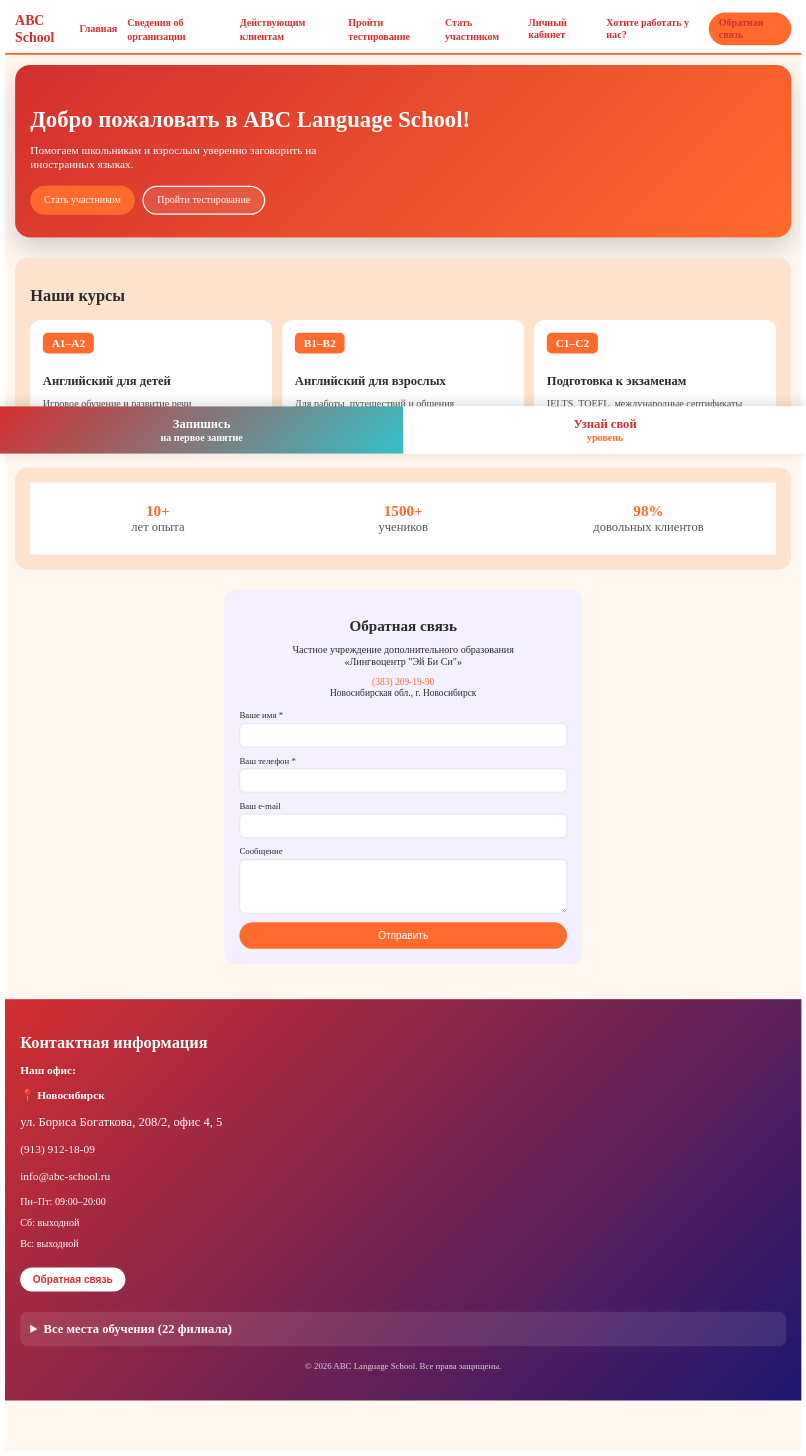
Repository: vidergooold/abc-language-school
Page: / (app in frontend/)
An editor plug-in stored every save of this project. The page is shown before and after the next save, followed by the edit.
The browser window is 1280 px wide. The pictures show the whole page, at 63% of full size.
The project was rebuilt for these pictures with package versions that can differ from the ones it lists, and the page was loaded fresh each time. Also part of the build but not shown: frontend/vite.config.ts, frontend/src/components/courses/CoursesFilter.vue, frontend/src/components/courses/CourseCard.vue, frontend/src/components/courses/CoursesGrid.vue, frontend/src/pages/Courses.vue, frontend/src/pages/Login.vue, frontend/src/pages/Register.vue, frontend/src/pages/Enroll.vue and 22 more.

Above is the page before, as saved 2026-01-11 21:40:37.

### frontend/src/main.ts
import { createApp } from 'vue'
import App from './App.vue'
import router from './router'
import './styles/theme.css'

import { createPinia } from 'pinia'

const pinia = createPinia()

createApp(App)
  .use(router)
  .use(pinia)
  .mount('#app')

### frontend/src/App.vue
<template>
  <div class="app">
    <Header />
    <main class="app-main">
      <router-view />
    </main>
    <Footer />
    <ScrollToTop />
    <FloatingCTA />
  </div>
</template>

<script setup lang="ts">
import Header from './components/layout/Header.vue'
import Footer from './components/layout/Footer.vue'
import ScrollToTop from './components/ui/ScrollToTop.vue'
import FloatingCTA from './components/ui/FloatingCTA.vue'
</script>

<style scoped>
.app {
  min-height: 100vh;
  display: flex;
  flex-direction: column;
  background: var(--bg-main);
  color: var(--text-main);
  font-size: var(--font-size-base);
  padding-bottom: 80px;
}

.app-main {
  flex: 1;
  padding: 16px;
}
</style>

### frontend/src/router/index.ts
import { createRouter, createWebHistory } from 'vue-router'

import Home from '@/pages/Home.vue'
import Courses from '@/pages/Courses.vue'
import Login from '@/pages/Login.vue'
import Register from '@/pages/Register.vue'
import Enroll from '@/pages/Enroll.vue'
import Testing from '@/pages/Testing.vue'
import Jobs from '@/pages/Jobs.vue'

// Organization layout и подстраницы
import OrganizationLayout from '@/components/layout/OrganizationLayout.vue'
import OrgMain from '@/pages/organization/Main.vue'
import OrgStructure from '@/pages/organization/Structure.vue'
import OrgDocs from '@/pages/organization/Docs.vue'
import OrgEducation from '@/pages/organization/Education.vue'
import OrgManagement from '@/pages/organization/Management.vue'
import OrgStaff from '@/pages/organization/Staff.vue'
import OrgFacilities from '@/pages/organization/Facilities.vue'
import OrgServices from '@/pages/organization/Services.vue'
import OrgFinance from '@/pages/organization/Finance.vue'
import OrgVacancies from '@/pages/organization/Vacancies.vue'
import OrgInternational from '@/pages/organization/International.vue'

// Clients layout и подстраницы
import ClientsLayout from '@/components/layout/ClientsLayout.vue'
import ClientsImportant from '@/pages/clients/Important.vue'
import ClientsHolidays from '@/pages/clients/Holidays.vue'
import ClientsPayment from '@/pages/clients/Payment.vue'
import ClientsTax from '@/pages/clients/Tax.vue'

import AccountLayout from '@/components/layout/AccountLayout.vue'
import Profile from '@/pages/account/Profile.vue'

import { useAuthStore } from '@/stores/auth'

const router = createRouter({
  history: createWebHistory(),
  routes: [
    { path: '/', component: Home },
    { path: '/courses', component: Courses },
    { path: '/enroll', component: Enroll },
    { path: '/testing', component: Testing },
    { path: '/jobs', component: Jobs },
    { path: '/login', component: Login },
    { path: '/register', component: Register },

    // Organization с вложенными маршрутами
    {
      path: '/organization',
      component: OrganizationLayout,
      redirect: '/organization/main',
      children: [
        { path: 'main', component: OrgMain },
        { path: 'structure', component: OrgStructure },
        { path: 'docs', component: OrgDocs },
        { path: 'education', component: OrgEducation },
        { path: 'management', component: OrgManagement },
        { path: 'staff', component: OrgStaff },
        { path: 'facilities', component: OrgFacilities },
        { path: 'services', component: OrgServices },
        { path: 'finance', component: OrgFinance },
        { path: 'vacancies', component: OrgVacancies },
        { path: 'international', component: OrgInternational },
      ],
    },

    // Clients с вложенными маршрутами
    {
      path: '/clients',
      component: ClientsLayout,
      redirect: '/clients/important',
      children: [
        { path: 'important', component: ClientsImportant },
        { path: 'holidays', component: ClientsHolidays },
        { path: 'payment', component: ClientsPayment },
        { path: 'tax', component: ClientsTax },
      ],
    },

    {
      path: '/account',
      component: AccountLayout,
      meta: { requiresAuth: true },
      children: [
        { path: '', component: Profile },
      ],
    },
  ],
})

router.beforeEach((to) => {
  const auth = useAuthStore()
  if (to.meta.requiresAuth && !auth.token) {
    return '/login'
  }
})

export default router

### frontend/src/styles/theme.css
:root {
  /* Цвета */
  --bg-main: #fff7f0;
  --bg-white: #ffffff;
  --brand-orange: #ff6b2d;
  --brand-red: #e53935;
  --brand-purple: #d32f2f;

  --text-main: #2b2b2b;
  --text-secondary: #555555;

  /* Типографика — увеличили все размеры */
  --font-size-base: 20px;   /* было 18px */
  --font-size-h1: 36px;     /* было 32px */
  --font-size-h2: 30px;     /* было 26px */
  --font-size-h3: 24px;     /* было 20px */

  /* Прочее */
  --border-radius: 16px;
}

### frontend/src/components/layout/Header.vue
<template>
  <header class="header">
    <RouterLink to="/" class="logo">ABC School</RouterLink>

    <nav class="nav">
      <RouterLink to="/">Главная</RouterLink>

      <div class="nav-item nav-dropdown">
        <span>Сведения об организации</span>
        <div class="nav-dropdown__menu">
          <RouterLink to="/organization/main">Основные сведения</RouterLink>
          <RouterLink to="/organization/structure">
            Структура и управление
          </RouterLink>
          <RouterLink to="/organization/docs">Документы</RouterLink>
          <RouterLink to="/organization/education">Образование</RouterLink>
          <RouterLink to="/organization/management">Руководство</RouterLink>
          <RouterLink to="/organization/staff">Педагогический состав</RouterLink>
          <RouterLink to="/organization/facilities">
            Материально-техническое обеспечение
          </RouterLink>
          <RouterLink to="/organization/services">
            Платные образовательные услуги
          </RouterLink>
          <RouterLink to="/organization/finance">
            Финансово-хозяйственная деятельность
          </RouterLink>
          <RouterLink to="/organization/vacancies">Вакантные места</RouterLink>
          <RouterLink to="/organization/international">
            Международное сотрудничество
          </RouterLink>
        </div>
      </div>

      <div class="nav-item nav-dropdown">
        <span>Действующим клиентам</span>
        <div class="nav-dropdown__menu">
          <RouterLink to="/clients/important">Важная информация</RouterLink>
          <RouterLink to="/clients/holidays">
            Каникулы и выходные дни
          </RouterLink>
          <RouterLink to="/clients/payment">
            Оплата, перерасчет, возврат
          </RouterLink>
          <RouterLink to="/clients/tax">Налоговый вычет</RouterLink>
        </div>
      </div>

      <div class="nav-item nav-dropdown">
        <span>Пройти тестирование</span>
        <div class="nav-dropdown__menu">
          <RouterLink to="/testing">1–5 классы</RouterLink>
          <RouterLink to="/testing">6–8 классы</RouterLink>
          <RouterLink to="/testing">9–11 классы, взрослые</RouterLink>
        </div>
      </div>

      <div class="nav-item nav-dropdown">
        <span>Стать участником</span>
        <div class="nav-dropdown__menu">
          <RouterLink to="/enroll">Анкета школьника</RouterLink>
          <RouterLink to="/enroll">Анкета взрослого</RouterLink>
          <RouterLink to="/enroll">Анкета дошкольника</RouterLink>
        </div>
      </div>

      <RouterLink to="/account" class="nav-item">
        Личный кабинет
      </RouterLink>

      <RouterLink to="/jobs" class="nav-item">
        Хотите работать у нас?
      </RouterLink>

      <a href="/#feedback" class="nav-item nav-feedback" @click="scrollToFeedback">
        Обратная связь
      </a>
    </nav>
  </header>
</template>

<script setup lang="ts">
import { RouterLink } from 'vue-router'

function scrollToFeedback(e: Event) {
  e.preventDefault()
  const el = document.getElementById('feedback')
  if (el) {
    el.scrollIntoView({ behavior: 'smooth' })
  } else {
    // если не на главной — переходим на главную с якорем
    window.location.href = '/#feedback'
  }
}
</script>

<style scoped>
.header {
  display: flex;
  justify-content: space-between;
  align-items: center;
  padding: 12px 16px;
  background: #ffffff;
  border-bottom: 3px solid var(--brand-orange);
}

.logo {
  font-weight: 700;
  font-size: 22px;
  color: var(--brand-purple);
  text-decoration: none;
  cursor: pointer;
  transition: color 0.2s;
}

.logo:hover {
  color: var(--brand-orange);
}

.nav {
  display: flex;
  gap: 16px;
  align-items: center;
}

.nav a,
.nav-item span {
  font-size: 16px;
  font-weight: 600;
  color: var(--brand-purple);
  text-decoration: none;
}

.nav-item {
  position: relative;
  cursor: pointer;
}

/* выпадающие меню */
.nav-dropdown__menu {
  display: none;
  position: absolute;
  top: 120%;
  left: 0;
  flex-direction: column;
  background: #fff7f0;
  padding: 12px 0;
  border-radius: 10px;
  box-shadow: 0 6px 18px rgba(0, 0, 0, 0.18);
  min-width: 280px;
  z-index: 10;
}

.nav-dropdown:hover .nav-dropdown__menu {
  display: flex;
}

.nav-dropdown__menu a {
  padding: 12px 16px;
  white-space: nowrap;
  font-size: 15px;
}

.nav-dropdown__menu a:hover {
  background: #ffe3cf;
}

.nav-feedback {
  padding: 8px 16px;
  border-radius: 999px;
  background: var(--brand-orange);
  color: #ffffff;
  text-decoration: none;
}

.nav-feedback:hover {
  background: var(--brand-red);
}
</style>

### frontend/src/components/ui/ScrollToTop.vue
<template>
  <button
    v-if="visible"
    class="scroll-top"
    @click="scrollToTop"
    aria-label="Наверх"
  >
    ↑
  </button>
</template>

<script setup lang="ts">
import { onMounted, onBeforeUnmount, ref } from 'vue'

const visible = ref(false)

function onScroll() {
  visible.value = window.scrollY > 300
}

function scrollToTop() {
  window.scrollTo({ top: 0, behavior: 'smooth' })
}

onMounted(() => {
  window.addEventListener('scroll', onScroll)
})

onBeforeUnmount(() => {
  window.removeEventListener('scroll', onScroll)
})
</script>

<style scoped>
.scroll-top {
  position: fixed;
  right: 24px;
  bottom: 100px; /* было 32px — подняли над фиксированными кнопками */
  width: 56px;
  height: 56px;
  border-radius: 999px;
  border: none;
  background: var(--brand-orange);
  color: #fff;
  font-size: 32px;
  cursor: pointer;
  box-shadow: 0 6px 16px rgba(0, 0, 0, 0.25);
  transition: transform 0.2s, box-shadow 0.2s;
  z-index: 101; /* выше FloatingCTA */
}

.scroll-top:hover {
  transform: translateY(-4px);
  box-shadow: 0 8px 20px rgba(0, 0, 0, 0.3);
}
</style>

### frontend/src/components/ui/FloatingCTA.vue
<template>
  <div class="floating-cta">
    <RouterLink to="/enroll" class="cta-btn cta-btn--enroll">
      <span class="cta-btn__title">Запишись</span>
      <span class="cta-btn__subtitle">на первое занятие</span>
    </RouterLink>

    <RouterLink to="/testing" class="cta-btn cta-btn--level">
      <span class="cta-btn__title">Узнай свой</span>
      <span class="cta-btn__subtitle">уровень</span>
    </RouterLink>
  </div>
</template>

<script setup lang="ts">
import { RouterLink } from 'vue-router'
</script>

<style scoped>
.floating-cta {
  position: fixed;
  bottom: 0;
  left: 0;
  right: 0;
  display: grid;
  grid-template-columns: 1fr 1fr;
  gap: 0;
  z-index: 100;
  box-shadow: 0 -4px 20px rgba(0, 0, 0, 0.15);
}

.cta-btn {
  padding: 16px 20px;
  text-align: center;
  text-decoration: none;
  display: flex;
  flex-direction: column;
  align-items: center;
  justify-content: center;
  transition: transform 0.2s;
}

.cta-btn:hover {
  transform: translateY(-4px);
}

.cta-btn--enroll {
  background: linear-gradient(135deg, var(--brand-purple), #35c0c7);
  color: #ffffff;
}

.cta-btn--level {
  background: #ffffff;
  color: var(--brand-purple);
  border-left: 1px solid #e0e0e0;
}

.cta-btn__title {
  font-size: 20px;
  font-weight: 700;
  margin-bottom: 2px;
}

.cta-btn__subtitle {
  font-size: 16px;
  font-weight: 600;
}

.cta-btn--level .cta-btn__subtitle {
  color: var(--brand-orange);
}
</style>

### frontend/src/pages/Home.vue
<template>
  <div class="home">
    <!-- Hero -->
    <section class="hero">
      <div class="hero__content">
        <h1 class="hero__title">
          Добро пожаловать в ABC Language School!
        </h1>
        <p class="hero__text">
          Помогаем школьникам и взрослым уверенно заговорить
          на иностранных языках.
        </p>

        <div class="hero__actions">
          <RouterLink to="/enroll" class="btn btn-primary">
            Стать участником
          </RouterLink>
          <RouterLink to="/testing" class="btn btn-secondary">
            Пройти тестирование
          </RouterLink>
        </div>
      </div>
    </section>

    <!-- Превью курсов (убрали повторный заголовок) -->
    <section class="section">
      <CoursesPreview />
    </section>

    <!-- Блок преимуществ / статистики -->
    <section class="section">
      <StatsBlock />
    </section>

    <!-- Обратная связь -->
    <section id="feedback" class="section feedback-section">
      <FeedbackForm />
    </section>
  </div>
</template>

<script setup lang="ts">
import CoursesPreview from '@/components/home/CoursesPreview.vue'
import StatsBlock from '@/components/home/StatsBlock.vue'
import FeedbackForm from '@/components/home/FeedbackForm.vue'

</script>

<style scoped>
.home {
  display: flex;
  flex-direction: column;
  gap: 32px;
}

/* Hero */
.hero {
  background: linear-gradient(135deg, var(--brand-purple), var(--brand-orange));
  color: #ffffff;
  border-radius: 24px;
  padding: 36px 24px;
  box-shadow: 0 16px 40px rgba(0, 0, 0, 0.18);
}

.hero__title {
  font-size: var(--font-size-h1);
  font-weight: 700;
  margin-bottom: 12px;
}

.hero__text {
  font-size: 18px;
  margin-bottom: 24px;
  max-width: 520px;
}

.hero__actions {
  display: flex;
  flex-wrap: wrap;
  gap: 12px;
}

.btn {
  display: inline-flex;
  align-items: center;
  justify-content: center;
  padding: 12px 22px;
  border-radius: 999px;
  font-size: 16px;
  text-decoration: none;
  cursor: pointer;
}

.btn-primary {
  background: var(--brand-orange);
  color: #ffffff;
}

.btn-secondary {
  border: 2px solid #ffffff;
  color: #ffffff;
  background: rgba(255, 255, 255, 0.1);
}

/* Оранжевые секции */
.section {
  background: #ffe3cf;
  border-radius: 20px;
  padding: 24px;
}

.feedback-section {
  background: transparent;
  padding: 0;
}
</style>

### frontend/src/stores/auth.ts
import { defineStore } from 'pinia'
import http from '@/api/http'

export const useAuthStore = defineStore('auth', {
  state: () => ({
    token: localStorage.getItem('token') as string | null,
  }),

  actions: {
    async login(email: string, password: string) {
      const res = await http.post('/auth/login', { email, password })
      this.token = res.data.access_token
      localStorage.setItem('token', this.token!)
    },
    logout() {
      this.token = null
      localStorage.removeItem('token')
    },
  },
})

### frontend/src/components/home/CoursesPreview.vue
<template>
  <section class="courses">
    <h2 class="section-title">Наши курсы</h2>

    <div class="courses-grid">
      <div class="course-card">
        <span class="level">A1–A2</span>
        <h3>Английский для детей</h3>
        <p>Игровое обучение и развитие речи</p>
      </div>

      <div class="course-card">
        <span class="level">B1–B2</span>
        <h3>Английский для взрослых</h3>
        <p>Для работы, путешествий и общения</p>
      </div>

      <div class="course-card">
        <span class="level">C1–C2</span>
        <h3>Подготовка к экзаменам</h3>
        <p>IELTS, TOEFL, международные сертификаты</p>
      </div>
    </div>
  </section>
</template>

<style scoped>
.courses {
  padding: 0;
}

.section-title {
  font-size: 26px;
  font-weight: 700;
  margin-bottom: 24px;
}

.courses-grid {
  display: grid;
  grid-template-columns: 1fr;
  gap: 16px;
}

.course-card {
  background: var(--bg-white);
  padding: 20px;
  border-radius: var(--border-radius);
}

.course-card .level {
  display: inline-block;
  background: var(--brand-orange);
  color: #ffffff;
  padding: 6px 14px;
  border-radius: 8px;
  font-size: 18px;
  font-weight: 700;
  margin-bottom: 12px;
}

.course-card h3 {
  font-size: 20px;
  margin-bottom: 8px;
}

.course-card p {
  font-size: 16px;
  color: var(--text-secondary);
}

@media (min-width: 768px) {
  .courses-grid {
    grid-template-columns: repeat(3, 1fr);
  }
}
</style>

### frontend/src/components/home/StatsBlock.vue
<template>
  <section class="stats">
    <div class="stats__item">
      <strong>10+</strong>
      <span>лет опыта</span>
    </div>

    <div class="stats__item">
      <strong>1500+</strong>
      <span>учеников</span>
    </div>

    <div class="stats__item">
      <strong>98%</strong>
      <span>довольных клиентов</span>
    </div>
  </section>
</template>

<style scoped>
.stats {
  display: grid;
  grid-template-columns: 1fr;
  gap: 16px;
  padding: 32px 16px;
  background: var(--bg-white);
}

.stats__item {
  text-align: center;
}

.stats__item strong {
  font-size: 24px;
  color: var(--brand-orange);
}

.stats__item span {
  display: block;
  color: var(--text-secondary);
}

@media (min-width: 768px) {
  .stats {
    grid-template-columns: repeat(3, 1fr);
  }
}
</style>

### frontend/src/components/home/FeedbackForm.vue
<template>
  <div class="feedback">
    <h2 class="feedback__title">Обратная связь</h2>

    <p class="feedback__org">
      Частное учреждение дополнительного образования<br />
      «Лингвоцентр &quot;Эй Би Си&quot;»
    </p>

    <p class="feedback__contact">
      <a href="tel:+73832091990">(383) 209-19-90</a><br />
      Новосибирская обл., г. Новосибирск
    </p>

    <form class="feedback__form" @submit.prevent="submit">
      <div class="field">
        <label>Ваше имя *</label>
        <input v-model="name" type="text" required />
      </div>

      <div class="field">
        <label>Ваш телефон *</label>
        <input v-model="phone" type="tel" required />
      </div>

      <div class="field">
        <label>Ваш e‑mail</label>
        <input v-model="email" type="email" />
      </div>

      <div class="field">
        <label>Сообщение</label>
        <textarea v-model="message" rows="4" />
      </div>

      <button class="submit-btn" type="submit">
        Отправить
      </button>
    </form>
  </div>
</template>

<script setup lang="ts">
import { ref } from 'vue'

const name = ref('')
const phone = ref('')
const email = ref('')
const message = ref('')

function submit() {
  // здесь позже можно добавить отправку на backend
  alert('Спасибо! Мы свяжемся с вами.')
}
</script>

<style scoped>
.feedback {
  max-width: 520px;
  margin: 0 auto;
  padding: 24px;
  background: #f5f0ff;
  border-radius: 16px;
}

.feedback__title {
  font-size: 24px;
  margin-bottom: 12px;
  text-align: center;
}

.feedback__org {
  font-size: 16px;
  text-align: center;
  margin-bottom: 8px;
}

.feedback__contact {
  font-size: 15px;
  text-align: center;
  margin-bottom: 20px;
}

.feedback__contact a {
  color: var(--brand-orange);
  text-decoration: none;
}

.feedback__form .field {
  display: flex;
  flex-direction: column;
  margin-bottom: 14px;
}

.feedback__form label {
  font-size: 14px;
  margin-bottom: 4px;
}

.feedback__form input,
.feedback__form textarea {
  padding: 10px;
  border-radius: 8px;
  border: 1px solid #ddd;
  font-size: 14px;
}

.submit-btn {
  width: 100%;
  padding: 12px;
  border-radius: 999px;
  border: none;
  background: var(--brand-orange);
  color: #fff;
  font-size: 16px;
  cursor: pointer;
}
</style>

### frontend/src/api/http.ts
import axios from 'axios'
import { useAuthStore } from '@/stores/auth'

const http = axios.create({
  baseURL: 'http://localhost:8000/api/v1',
  headers: {
    'Content-Type': 'application/json',
  },
})

// автоматически добавляем JWT, если есть
http.interceptors.request.use((config) => {
  const authStore = useAuthStore()
  if (authStore.token) {
    config.headers = config.headers || {}
    config.headers.Authorization = `Bearer ${authStore.token}`
  }
  return config
})

export default http

Loaded but not shown: frontend/index.html (common file); frontend/src/components/layout/Footer.vue (389 lines, source omitted)

After the next save:
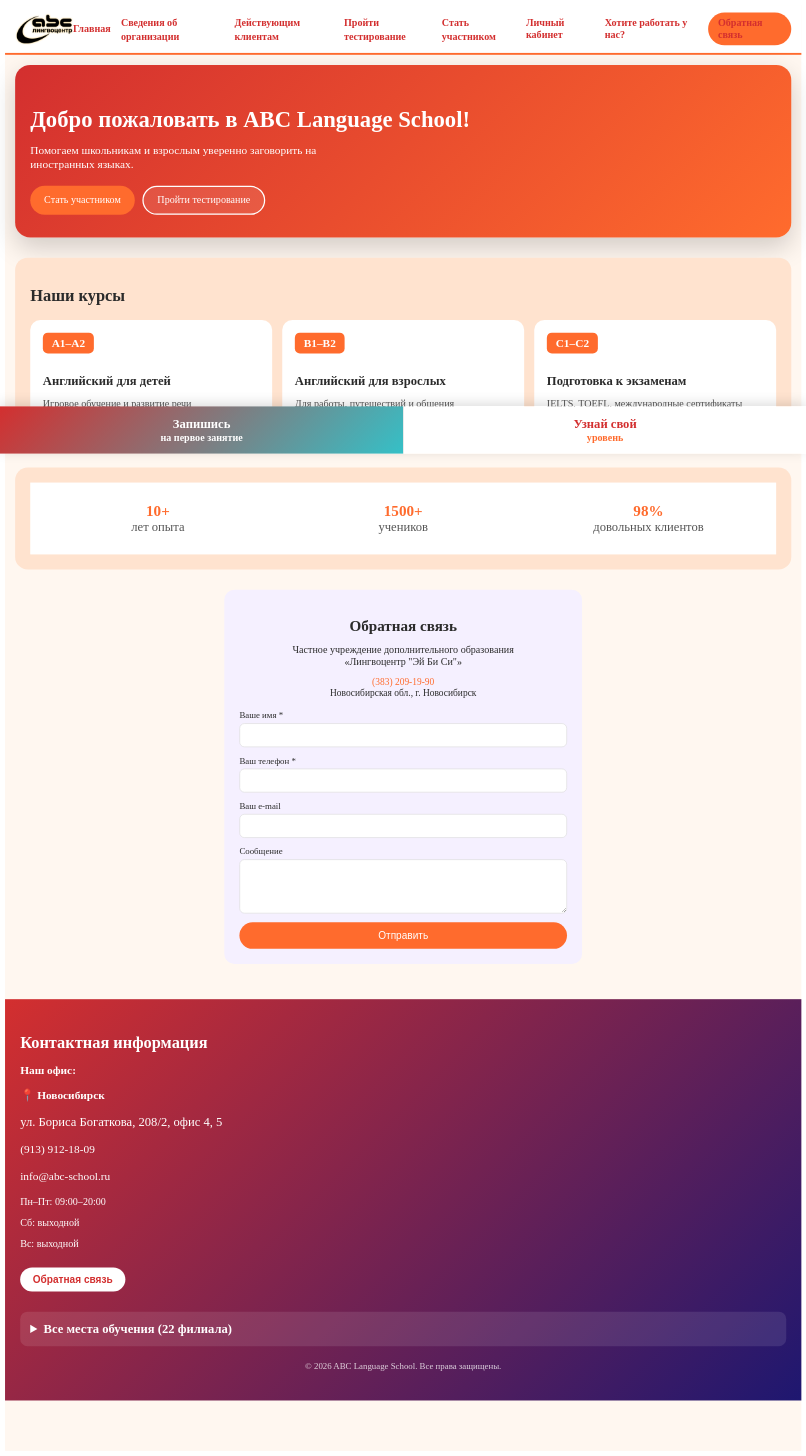
Saved 2 min 20 s later.
--- a/frontend/src/components/layout/Header.vue
+++ b/frontend/src/components/layout/Header.vue
@@ -1,6 +1,8 @@
 <template>
   <header class="header">
-    <RouterLink to="/" class="logo">ABC School</RouterLink>
+    <RouterLink to="/" class="logo">
+      <img src="/logo.png" alt="ABC School" class="logo-img" />
+    </RouterLink>
 
     <nav class="nav">
       <RouterLink to="/">Главная</RouterLink>
@@ -88,7 +90,6 @@ function scrollToFeedback(e: Event) {
   if (el) {
     el.scrollIntoView({ behavior: 'smooth' })
   } else {
-    // если не на главной — переходим на главную с якорем
     window.location.href = '/#feedback'
   }
 }
@@ -105,16 +106,21 @@ function scrollToFeedback(e: Event) {
 }
 
 .logo {
-  font-weight: 700;
-  font-size: 22px;
-  color: var(--brand-purple);
+  display: flex;
+  align-items: center;
   text-decoration: none;
   cursor: pointer;
-  transition: color 0.2s;
+  transition: opacity 0.2s;
 }
 
 .logo:hover {
-  color: var(--brand-orange);
+  opacity: 0.8;
+}
+
+.logo-img {
+  height: 50px; /* настрой высоту под свой логотип */
+  width: auto;
+  object-fit: contain;
 }
 
 .nav {
@@ -136,7 +142,6 @@ function scrollToFeedback(e: Event) {
   cursor: pointer;
 }
 
-/* выпадающие меню */
 .nav-dropdown__menu {
   display: none;
   position: absolute;
